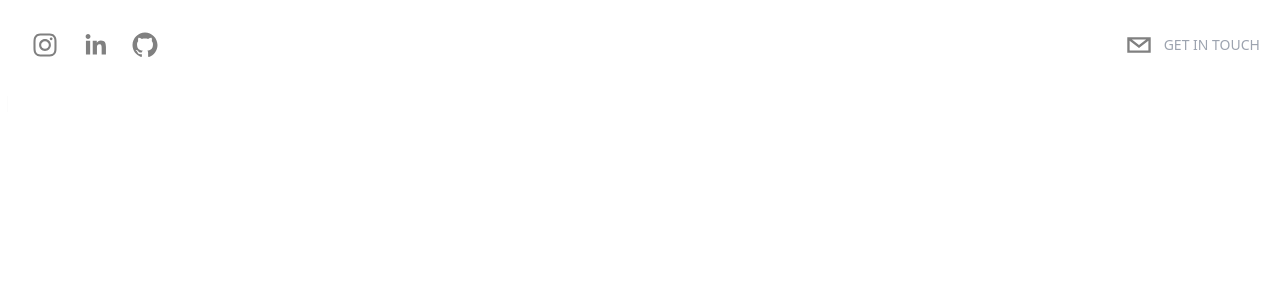
Repository: husainmamuwala/portfolio2.0
Page: /
These files come from the project's save history. The page is drawn as it stood at one moment and after the next save; the edit follows.
The browser window is 1280 px wide. The pictures show the whole page.
The project was rebuilt for these pictures with package versions that can differ from the ones it lists, and the page was loaded fresh each time. The framework's server and built-in components were replaced by stand-ins that run in the browser. Also part of the build but not shown: next.config.js.

Above is the page before, as saved 2022-09-17 18:20:08.

After the next save:
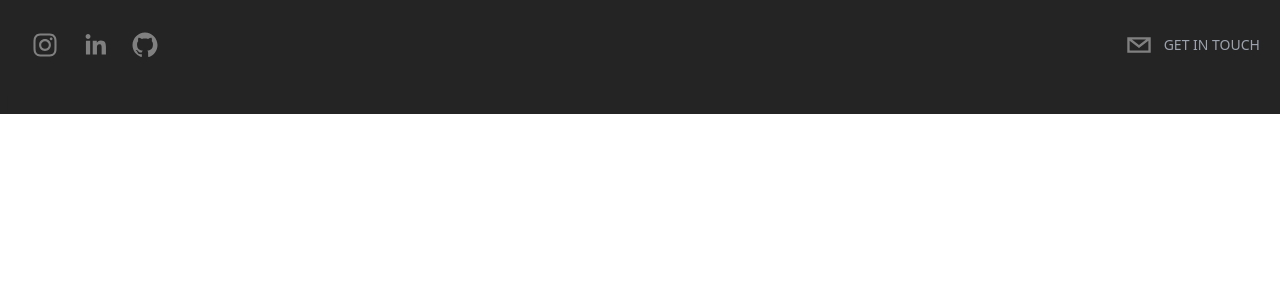
Saved 4 s later.
--- a/pages/index.tsx
+++ b/pages/index.tsx
@@ -7,7 +7,7 @@ import styles from '../styles/Home.module.css'
 
 const Home: NextPage = () => {
   return (
-    <div className='bg-[rgb(36,36,36)'>
+    <div className='bg-[rgb(36,36,36)]'>
       <Header/>
       <section id='hero'>
       <Hero/>
